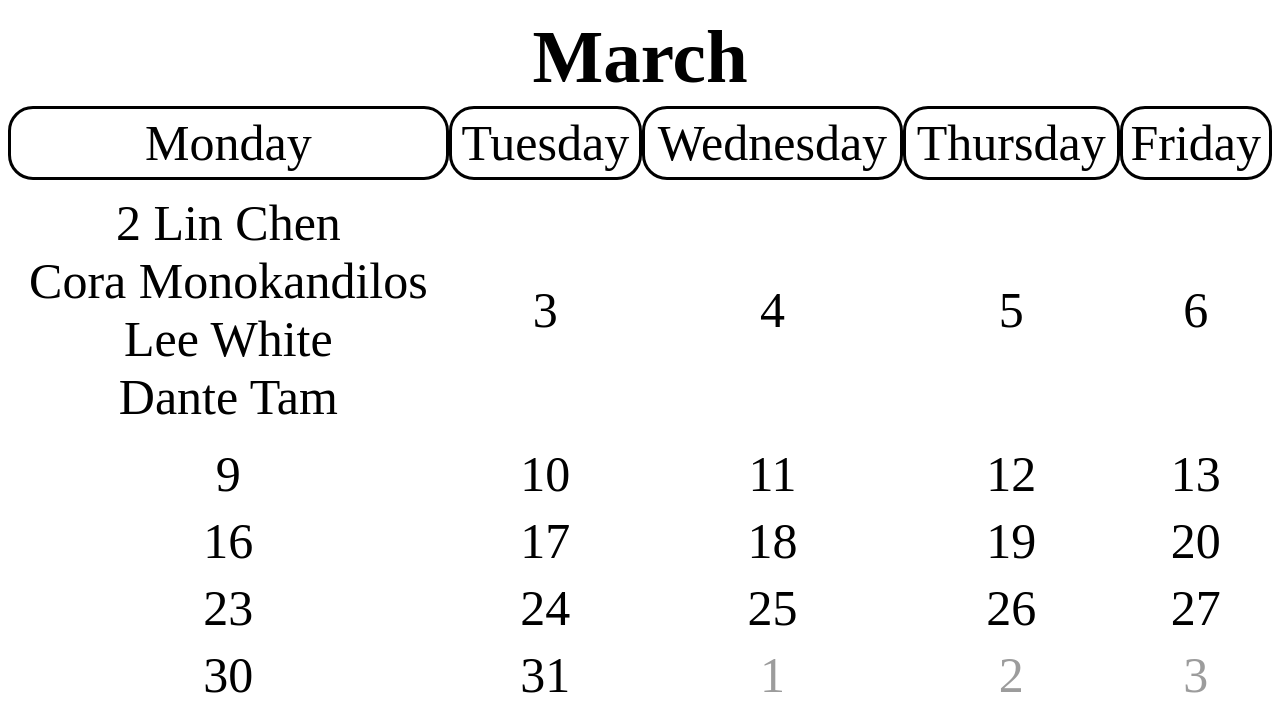
Repository: shleewhite/missionBitCalendar
Page: views/mar.html
The author's editor kept a record of every edit. The page is drawn from the files as they stood at one moment, then again after the next edit.
The browser window is 1280 px wide. The pictures show the whole page.

Above is the page before.

### views/mar.html
<article id="mar">
<html>
    <link rel="stylesheet" type="text/css" href="main.css">
    <head></head>
    <body>
        <table id="monthTable">
                <th class="monthHeader" colspan="5">March</th>
            <tr>
                <td class="weekday">Monday</td>
                <td class="weekday">Tuesday</td>
                <td class="weekday">Wednesday</td>
                <td class="weekday">Thursday</td>
                <td class="weekday">Friday</td>
            </tr>
            <tr>
                <td>2 Lin Chen<br>Cora Monokandilos<br>Lee White<br>Dante Tam</td>
                <td>3</td>
                <td>4</td>
                <td>5</td>
                <td>6</td>
            </tr>
            <tr>
                <td>9</td>
                <td>10</td>
                <td>11</td>
                <td>12</td>
                <td>13</td>
            </tr>
            <tr>
                <td>16</td>
                <td>17</td>
                <td>18</td>
                <td>19</td>
                <td>20</td>
            </tr>
            <tr>
                <td>23</td>
                <td>24</td>
                <td>25</td>
                <td>26</td>
                <td>27</td>
            </tr>
            <tr>
                <td>30</td>
                <td>31</td>
                <td class="nextMonth">1</td>
                <td class="nextMonth">2</td>
                <td class="nextMonth">3</td>
            </tr>
        </table>
    </body>
</html>

### views/main.css
table {
    text-align: center;
    font-size: 50px;
    width: 100%;
    height: 700px;
    border-spacing: 50px 20px;

}
table th {
    text-align: center;
}
#year{
    /*font-family: 'Lobster', cursive;*/
    font-size: 100px;
}
.month{
    border-collapse: separate;
    border-color: #000000;
    border-radius: 25px;
    border-style: double;

    border-top-width: 15px;
    border-bottom-width: 15px;
    border-left-width: 15px;
    border-right-width: 15px;
    cursor: pointer;
}
.monthHeader {
    font-size: 75px;
    border-style: none;
}
.weekday {
    font-size: 50px;
    border-style: solid;
    border-radius: 25px;
}
#monthTable {
    border-spacing: 0px;
    border-color: #000000;
    border-radius: 25px;
    cursor: pointer;
    padding: 0px;
}
.days {
    font-size: 20px;
    text-align: left;
    border-style: double;
}
.noOne {
    text-align: center;
}
.nextMonth {
    color: #9C9C9C;
}

After the next edit:
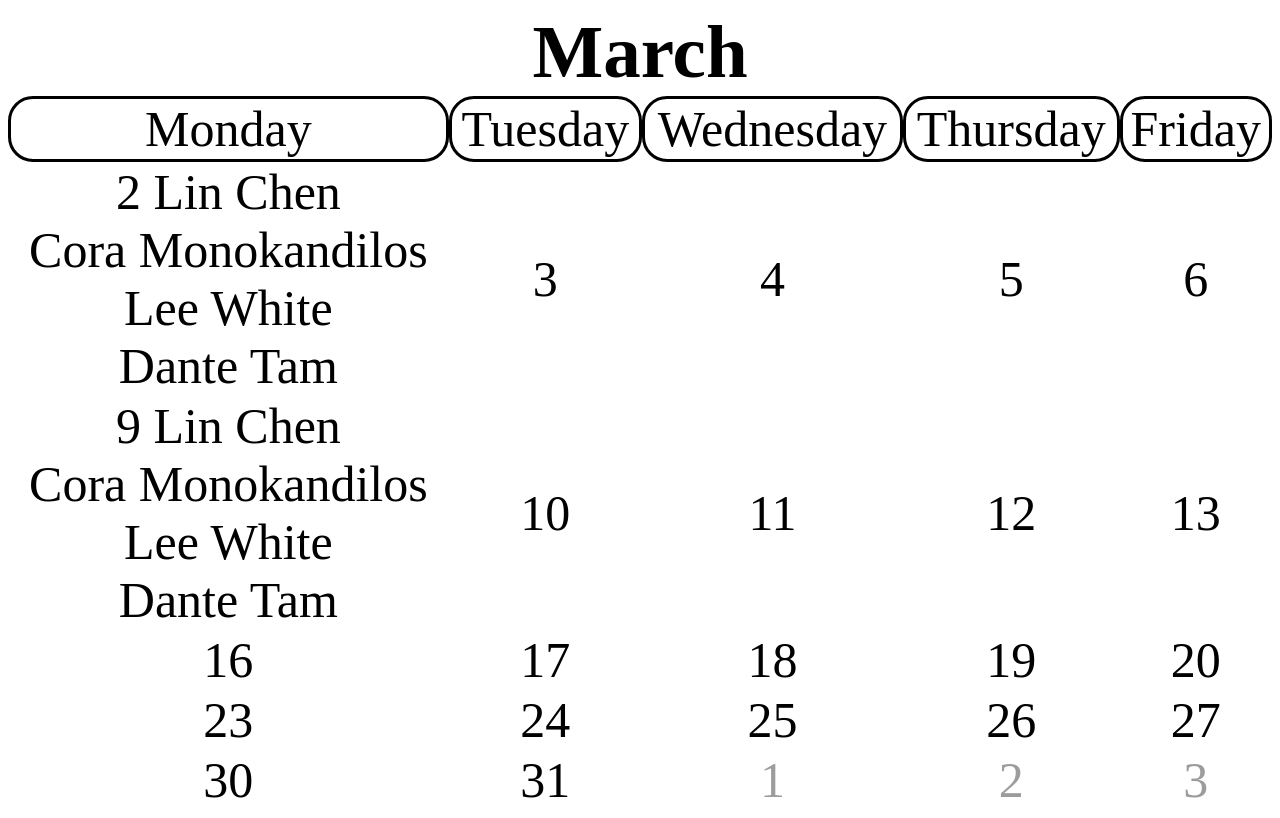
The edit:
--- a/views/mar.html
+++ b/views/mar.html
@@ -20,7 +20,7 @@
                 <td>6</td>
             </tr>
             <tr>
-                <td>9</td>
+                <td>9 Lin Chen<br>Cora Monokandilos<br>Lee White<br>Dante Tam</td>
                 <td>10</td>
                 <td>11</td>
                 <td>12</td>
